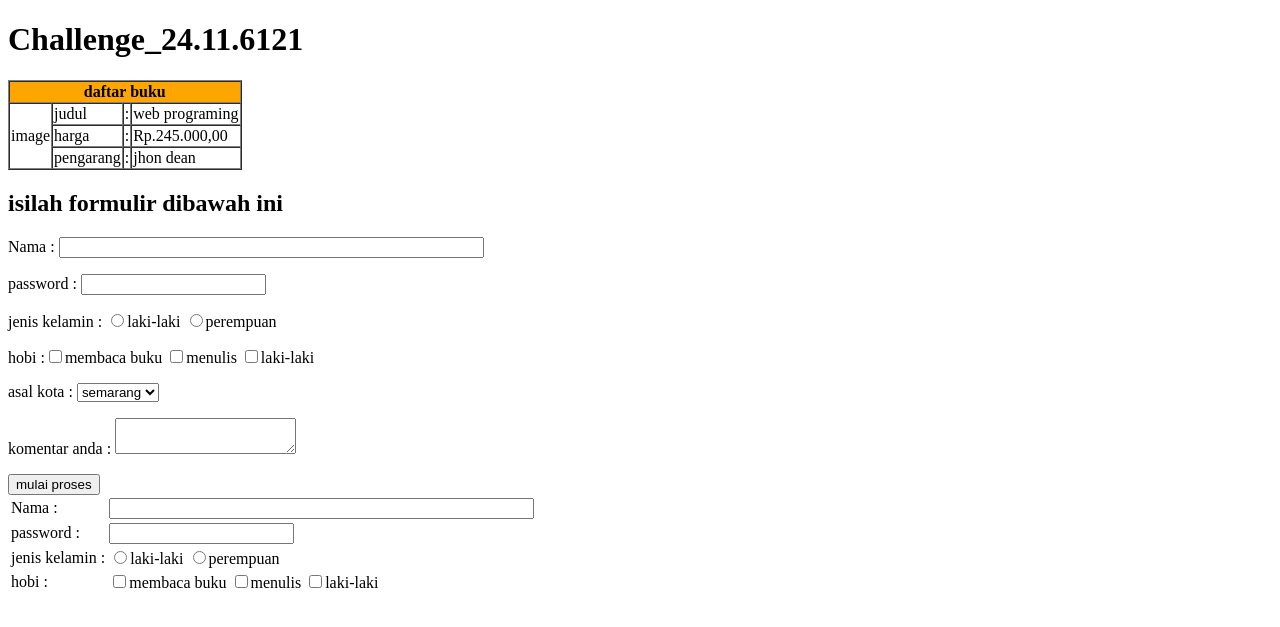
Repository: Tepen-com/challenge_24.11.6121_p4
Page: index.html
These files come from the project's save history. The page is drawn as it stood at one moment and after the next save; the edit follows.
The browser window is 1280 px wide. The pictures show the whole page.

Above is the page before, as saved 2026-04-20 11:34:23.

### index.html
<!DOCTYPE html>
<html lang="eng">
    <head>
        <meta charset="UTF-8">
        <meta name="viewport" content="width=device-width , initiave">
        <title>p1
        </title>

    </head>
    <body>
        <h1>Challenge_24.11.6121</h1>
        <table border="1" cellspacing="0">
            <tr>
                <th colspan="4" bgcolor="orange"> daftar buku</th>
            </tr>
            <tr>
                <td rowspan="4"> image
                </td>
                <td>
                    judul
                </td>
                <td>
                    :
                </td>
                <td>
                    web programing
                </td>
            </tr>
            <tr>
                <td>harga</td>
                <td>:</td>
                <td>Rp.245.000,00</td>
            </tr>
            <tr>
                <td>pengarang</td>
                <td>:</td>
                <td>jhon dean</td>
            </tr>
        </table>
        <h2>isilah formulir dibawah ini</h2>
        <form>
        <p>Nama : <input type="text" value="" size="50"></p>
        <p>password : <input type="password" size="20"></p>
        <p>jenis kelamin : <input type="radio" name="kelamin" value="laki-laki">laki-laki
            <input type="radio" name="kelamin" value="perempuan">perempuan
        </p>
        <p>hobi :<input type="checkbox" name="baverage" value="membaca buku">membaca buku
                <input type="checkbox" name="baverage" value="menulis">menulis
                <input type="checkbox" name="baverage" value="memancing">laki-laki
        </p>
        <p>asal kota : <select name="kota">
                                <option value="semarang">semarang</option>
                                <option value="timika">timika</option>
                                <option value="jakarta">jakarta</option>
        </select></p>
        <p>
            komentar anda : <textarea></textarea>
        </p>
        <input type="button" name="klik" value="mulai proses">
        </form>

        <table>
            <tr>
                <td>Nama :</td>
                <td><input type="text" value="" size="50"></td>
            </tr>
            <tr>
                <td>password :</td>
                <td><input type="password" size="20"></td>
            </tr>
            <tr>
                <td>jenis kelamin :</td>
                <td><input type="radio" name="kelamin" value="laki-laki">laki-laki
            <input type="radio" name="kelamin" value="perempuan">perempuan</td>
            </tr>
            <tr>
                <td>hobi :</td>
                <td><input type="checkbox" name="baverage" value="membaca buku">membaca buku
                <input type="checkbox" name="baverage" value="menulis">menulis
                <input type="checkbox" name="baverage" value="memancing">laki-laki</td>
            </tr>

        </table>

    </body>


</html>

After the next save:
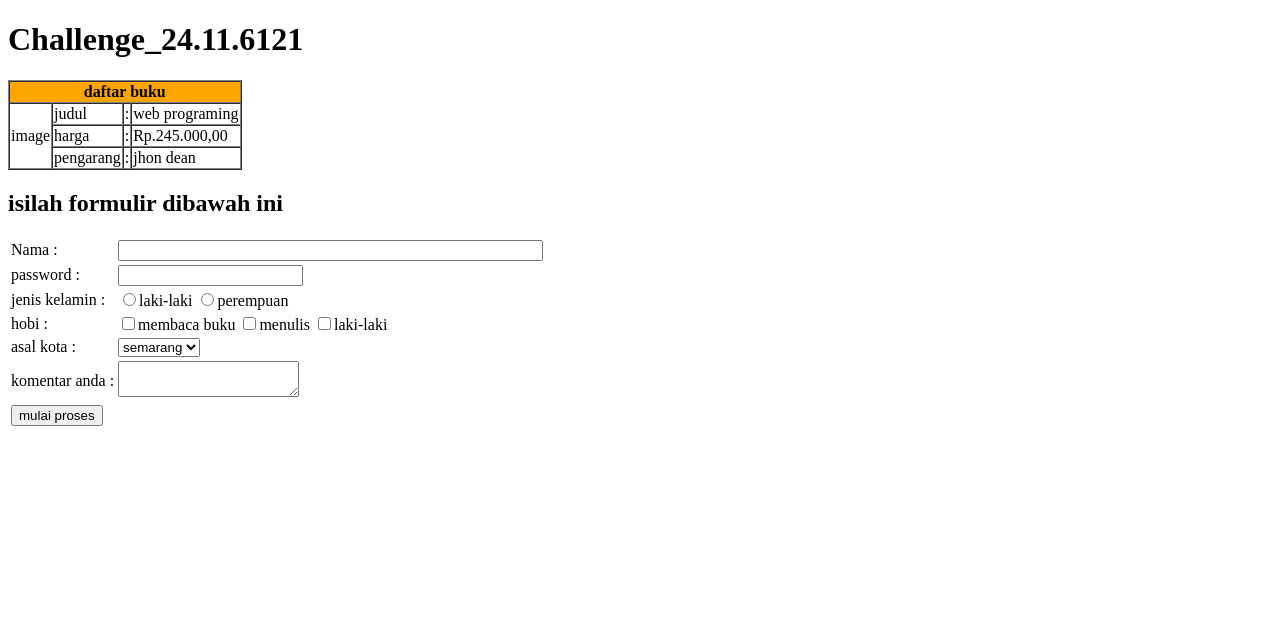
Saved 2 min 58 s later.
--- a/index.html
+++ b/index.html
@@ -38,26 +38,6 @@
             </tr>
         </table>
         <h2>isilah formulir dibawah ini</h2>
-        <form>
-        <p>Nama : <input type="text" value="" size="50"></p>
-        <p>password : <input type="password" size="20"></p>
-        <p>jenis kelamin : <input type="radio" name="kelamin" value="laki-laki">laki-laki
-            <input type="radio" name="kelamin" value="perempuan">perempuan
-        </p>
-        <p>hobi :<input type="checkbox" name="baverage" value="membaca buku">membaca buku
-                <input type="checkbox" name="baverage" value="menulis">menulis
-                <input type="checkbox" name="baverage" value="memancing">laki-laki
-        </p>
-        <p>asal kota : <select name="kota">
-                                <option value="semarang">semarang</option>
-                                <option value="timika">timika</option>
-                                <option value="jakarta">jakarta</option>
-        </select></p>
-        <p>
-            komentar anda : <textarea></textarea>
-        </p>
-        <input type="button" name="klik" value="mulai proses">
-        </form>
 
         <table>
             <tr>
@@ -79,6 +59,21 @@
                 <input type="checkbox" name="baverage" value="menulis">menulis
                 <input type="checkbox" name="baverage" value="memancing">laki-laki</td>
             </tr>
+            <tr>
+                <td>asal kota :</td>
+                <td><select name="kota">
+                                <option value="semarang">semarang</option>
+                                <option value="timika">timika</option>
+                                <option value="jakarta">jakarta</option>
+        </select></td>
+            </tr>
+            <tr>
+                <td>komentar anda :</td>
+                <td><textarea></textarea></td>
+            </tr>
+            <tr>
+                <td><input type="button" name="klik" value="mulai proses"></td>
+            </tr>
 
         </table>
 
